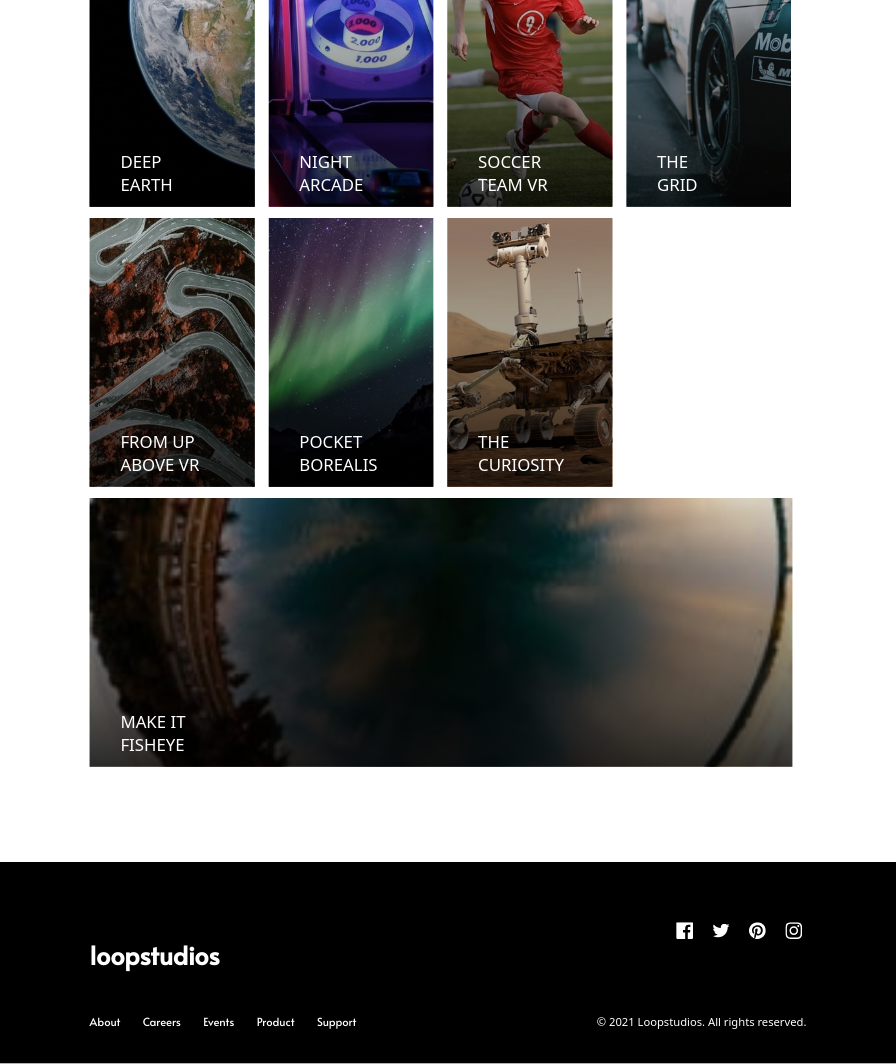
Repository: CAMPSLOPY/StudioLoopApp
Page: index.html
The author's editor kept a copy of each file at every save. The page is drawn from the files as they stood at one save, then again after a run of saves.
The browser window is 1280 px wide. The pictures show the part of the page from y = 1608 to 3528 px (the page is 3128 px tall before and 3528 px after), at 70% of full size.
Some web fonts or font styles are not loaded; a fallback is used. Some web libraries are served in a nearby version.

Above is the page before, as saved 2021-02-26 03:02:57.

### index.html
<!DOCTYPE html>
<html lang="en">
  <head>
    <title>LoopStudios</title>
    <meta charset="UTF-8" />
    <meta name="viewport" content="width=device-width, initial-scale=1.0" />
    <meta http-equiv="X-UA-Compatible" content="ie=edge" />
    <meta
      name="description"
      content="Building my Loop studio App with Tailwind Css"
    />
    <meta name="robots" content="index,follow" />
    <!-- font awesome -->
    <link
      rel="stylesheet"
      href="https://cdnjs.cloudflare.com/ajax/libs/font-awesome/5.11.2/css/all.min.css"
      integrity="sha256-+N4/V/SbAFiW1MPBCXnfnP9QSN3+Keu+NlB+0ev/YKQ="
      crossorigin="anonymous"
    />
    <link
      rel="icon"
      type="image/png"
      sizes="32x32"
      href="favicon-32x32.png"
    />
    <!-- TAILWIND CSS CDN -->
    <link href="https://unpkg.com/tailwindcss@^2/dist/tailwind.min.css" rel="stylesheet">

    <!-- animate on scroll -->
    <link rel="stylesheet" href="https://unpkg.com/aos@next/dist/aos.css" />

    <!-- STYLESHEET -->
    <link rel="stylesheet" href="main.css"/>
  </head>
  <body>
    <div class="overflow-hidden">
      <!--the whole wrapper-->

      <header
        class="relative bg-no-repeat bg-cover bg-center min-h-screen w-full md:min-h-6/3 lg:min-h-6 header-image"
      >
        <nav
          class="flex text-gray-50 items-center justify-between w-4/5 m-auto pt-8"
        >
          <h1 class="font-extralight text-4xl font-concert md:text-6xl">
            <a href="">loopstudios</a>
          </h1>
          <button id="burger" class="md:hidden">
            <i class="fas fa-bars text-4xl"></i>
          </button>
          <ul class="hidden md:flex">
            <li class="px-1.5 nav-item">
              <a class="nav-link" href="#About"> About</a>
            </li>
            <li class="px-1.5 nav-item">
              <a class="nav-link" href="#Career">Careers</a>
            </li>
            <li class="px-1.5 nav-item">
              <a class="nav-link" href="#Event">Events</a>
            </li>
            <li class="px-1.5 nav-item">
              <a class="nav-link" href="#Product">Products</a>
            </li>
            <li class="px-1.5 nav-item">
              <a class="nav-link" href="#Support">Support</a>
            </li>
          </ul>
        </nav>

        <p
          class="font-normal md:font-thin tracking-widest absolute top-64 left-11 md:left-32 md:top-36 text-white text-3xl md:text-6xl border-2 pr-10 md:pr-56 py-11 pl-6"
        >
          IMMERSIVE<br />
          EXPERIENCES <br />
          THAT DELIVER
        </p>
      </header>
      <!--modal -->
      <div
        id="modal-body"
        class="modal-body hidden fixed flex w-full h-full top-0 left-0 z-50 bg-black text-white flex-col"
      >
        <div class="modal-logo flex justify-between w-4/5 m-auto">
          <h1 class="text-4xl">
            <a href="">loopstudios</a>
          </h1>
          <button class="toggle relative" id="toggle">
            <i class="fas fa-times text-3xl p-4"></i>
          </button>
        </div>

        <ul class="flex flex-col w-4/5 m-auto modal-links uppercase font-light">
          <li class="my-4">
            <a class="text-3xl links" href="#About"> About</a>
          </li>
          <li class="my-4">
            <a class="text-3xl links" href="#Careers">Careers</a>
          </li>
          <li class="my-4">
            <a class="text-3xl links" href="#Event">Events</a>
          </li>
          <li class="my-4">
            <a class="text-3xl links" href="#Products">Products</a>
          </li>
          <li class="my-4">
            <a class="text-3xl links" href="#Support">Support</a>
          </li>
        </ul>
      </div>
      <!--modal end-->
      <section
        id="About"
        class="relative hero-section w-full min-h-screen md:bg-white md:w-4/5 m-auto block md:flex md:min-h-90 text-white justify-center items-center"
      >
        <div class="w-11/12 m-auto pt-24 md:pt-12" data-aos="fade-right">
          <img
            class="w-full h-full object-cover"
            src="/images/desktop/image-interactive.jpg"
            alt="a man with a Vr Device "
          />
        </div>

        <div
          data-aos="fade-left"
          class="w-full -bottom-24 right-32 px-10 relative z-0 md:z-10 bg-white text-gray-900 block md:flex md:justify-center md:items-center md:flex-col pb-20 md:p-4"
        >
          <div class="w-full m-auto relative -right-32 md:right-0 md:-left-20">
            <h1
              data-aos="fade-up"
              data-aos-delay="800"
              data-aos-duration="1000"
              class="text-4xl tracking-widest text-center md:ml-10"
            >
              THE LEADER IN <br />
              INTERACTIVE VR
            </h1>
          </div>
          <div
            class="my-4 w-full -px-2 left-32 w-4/6 md:w-full text-center md:text-left md:left-11 relative md:-right-10 md:px-8 md:py-4"
          >
            <span
              class="relative right-0 md:right-11 text-left tracking-widest md:tracking-normal text-sm md:relative leading-loose text-gray-400"
            >
              Founded in 2011, Loopstudios has been producing world-class <br />
              virtual reality projects for some of the best companies around the
              <br />
              globe. Our award-winning creations have transformed <br />
              businesses through digital experiences that bind to their brand.
            </span>
          </div>
        </div>
      </section>

      <section class="creation relative">
        <div
          id="Event"
          class="creation-body-content min-h-screen pb-20 flex flex-col w-4/5 m-auto md:w-4/5 md:m-auto relative"
        >
          <div
            class="creation-text flex md:text-center md:justify-between my-5"
          >
            <h1 class="font-josefin relative left-0 md:left-0 text-4xl">
              OUR CREATIONS
            </h1>
            <button
              class="text-2xl absolute bottom-2 right-14 text-small font-alata tracking-widest py-2 md:py-0 md:text-small md:relative md:-left-6 md:bottom-0 border border-gray-900 px-11 tracking-widest hover:bg-black hover:text-white"
            >
              SEE ALL
            </button>
          </div>

          <div
            id="Career"
            class="creation-images flex flex-col flex-wrap md:flex-row cursor-pointer"
          >
            <div
              data-aos="fade-right"
              id="card-box"
              class="relative bg-no-repeat bg-cover bg-center earth mr-5 mb-4 card h-38 w-full md:h-96 md:w-better card-box"
            >
              <img
                src="/images/mobile/image-deep-earth.jpg"
                alt="a picture of the earth"
                class="object-cover w-full h-full block md:hidden"
              />

              <p
                class="absolute bottom-4 left-11 text-white text-2xl font-josefin card-box-p"
              >
                DEEP <br />
                EARTH
              </p>
            </div>
            <div
              data-aos="fade-up"
              id="card-box"
              class="card-box relative bg-no-repeat bg-cover bg-center card mr-5 mb-4 arcade h-32 w-full md:h-96 md:w-better"
            >
              <img
                src="/images/mobile/image-night-arcade.jpg"
                alt="a picture of a cassette tape"
                class="object-cover w-full h-full block md:hidden"
              />
              <p
                class="absolute bottom-4 left-11 text-white text-2xl font-josefin card-box-p"
              >
                NIGHT <br />
                ARCADE
              </p>
            </div>
            <div
              data-aos="fade-down"
              id="card-box"
              class="card-box relative h-38 w-full card mr-5 mb-4 vr md:h-96 bg-no-repeat bg-cover bg-center md:w-better"
            >
              <img
                src="/images/mobile/image-soccer-team.jpg"
                alt="a picture of a football player"
                class="object-cover w-full h-full block md:hidden"
              />
              <p
                class="absolute bottom-4 left-11 text-white text-2xl font-josefin card-box-p"
              >
                SOCCER <br />
                TEAM VR
              </p>
            </div>
            <div
              data-aos="fade-left"
              id="card-box"
              class="card-box relative h-38 w-full mr-5 mb-4 card gridd md:h-96 bg-no-repeat bg-cover bg-center md:w-better"
            >
              <img
                src="/images/mobile/image-grid.jpg"
                alt="a picture of a sport car"
                class="object-cover w-full h-full block md:hidden"
              />

              <p
                class="absolute bottom-4 left-11 text-white text-2xl font-josefin card-box-p"
              >
                THE <br />
                GRID
              </p>
            </div>
            <div
              data-aos="fade-right"
              id="card-box"
              class="card-box relative mr-5 mb-4 h-38 w-full card above-vr md:h-96 bg-no-repeat bg-cover bg-center md:w-better"
            >
              <img
                src="/images/mobile/image-from-above.jpg"
                alt="a picture of a curvy road on the mountains"
                class="object-cover w-full h-full block md:hidden"
              />
              <p
                class="absolute bottom-4 left-11 text-white text-2xl font-josefin card-box-p"
              >
                FROM UP <br />
                ABOVE VR
              </p>
            </div>
            <div
              data-aos="fade-down"
              id="card-box"
              class="card-box relative h-38 w-full mr-5 mb-4 card borealis md:h-96 bg-no-repeat bg-cover bg-center md:w-better"
            >
              <img
                src="/images/mobile/image-pocket-borealis.jpg"
                alt="picture of the moon, star and a mountain"
                class="object-cover w-full h-full block md:hidden"
              />
              <p
                class="absolute bottom-4 left-11 text-white text-2xl font-josefin card-box-p"
              >
                POCKET <br />
                BOREALIS
              </p>
            </div>
            <div
              data-aos="fade-up"
              id="card-box"
              class="card-box relative mr-5 mb-4 h-38 w-full card curiosity md:h-96 bg-no-repeat bg-cover bg-center md:w-better"
            >
              <img
                src="/images/mobile/image-curiosity.jpg"
                alt="picture of a network radar"
                class="object-cover w-full h-full block md:hidden"
              />
              <p
                class="absolute bottom-4 left-11 text-white text-2xl font-josefin card-box-p"
              >
                THE <br />
                CURIOSITY
              </p>
            </div>
            <div
              data-aos="fade-left"
              id="card-box"
              class="md:card-box relative mr-5 mb-4 h-38 w-full card fisheye md:h-96 bg-no-repeat bg-cover bg-center md:w-better"
            >
              <img
                src="/images/mobile/image-curiosity.jpg"
                alt="picture of a network radar"
                class="object-cover w-full h-full block md:hidden"
              />
              <p
                class="absolute bottom-4 left-11 text-white text-2xl font-josefin card-box-p"
              >
                MAKE IT <br />
                FISHEYE
              </p>
            </div>
          </div>
        </div>
      </section>

      <footer
        id="Support"
        class="min-h-60 md:min-h-60 bg-black text-white mt-10 relative"
      >
        <div
          class="footer-body w-full flex flex-col relative -bottom-52 md:-bottom-40"
        >
          <div
            class="footer-logo w-4/5 m-auto md:pb-8 flex md:flex-row flex-col justify-between relative"
          >
            <h3 class="my-8 pt-16 text-center md:text-left font-bold text-4xl">
              loopstudios
            </h3>
            <ul
              class="footer-socials flex justify-center items-center relative -bottom-52 md:bottom-0"
            >
              <li class="px-1.5 footer-item">
                <a class="footer-link" href=""
                  ><img
                    class="pb-1"
                    src="./images/icon-facebook.svg"
                    alt="facebook official logo"
                /></a>
              </li>
              <li class="px-1.5 footer-item">
                <a class="footer-link" href=""
                  ><img
                    class="pb-1"
                    src="./images/icon-twitter.svg"
                    alt="twitter logo"
                /></a>
              </li>
              <li class="px-1.5 footer-item">
                <a class="footer-link" href=""
                  ><img
                    class="pb-1"
                    src="./images/icon-pinterest.svg"
                    alt="pinterest logo"
                /></a>
              </li>
              <li class="px-1.5 footer-item">
                <a class="footer-link" href=""
                  ><img
                    class="pb-1"
                    src="./images/icon-instagram.svg"
                    alt="instagram logo"
                /></a>
              </li>
            </ul>
          </div>
          <div
            class="relative w-4/5 m-auto flex flex-col md:flex-row md:justify-between"
          >
            <ul
              class="relative bottom-11 md:bottom-8 flex flex-col md:flex-row items-center md:justify-around my-2 md:m-0"
            >
              <li class="py-2 relative left-28 md:-left-4 footer-item md:pr-4">
                <a class="pb-1 footer-link footer-links" href="#about">About</a>
              </li>
              <li class="py-2 relative left-28 md:-left-4 footer-item md:pr-4">
                <a class="pb-1 footer-link footer-links" href="#careers"
                  >Careers</a
                >
              </li>
              <li class="py-2 footer-item left-28 relative md:-left-4 md:pr-4">
                <a class="pb-1 footer-link footer-links" href="#events"
                  >Events</a
                >
              </li>
              <li class="py-2 footer-item left-28 relative md:-left-4 md:pr-4">
                <a class="pb-1 footer-link footer-links" href="#products"
                  >Product</a
                >
              </li>
              <li class="py-2 footer-item left-28 relative md:-left-4 md:pr-4">
                <a class="pb-1 footer-link footer-links" href="#support"
                  >Support</a
                >
              </li>
            </ul>
            <span class="pb-16">
              <p class="text-gray-600 md:text-white">
                © 2021 Loopstudios. All rights reserved.
              </p></span
            >
          </div>

          <div
            class="hidden attribution absolute pb-4 -bottom-16 left-60 text-gray-600"
          >
            <a>Challenge by</a>

            <a
              class="text-blue-300"
              href="https://www.frontendmentor.io?ref=challenge"
              target="_blank"
              >Frontend Mentor</a
            >
            Coded by
            <a class="text-blue-300" href="https://github.com/CAMPSLOPY">
              CampSlopy 👨🏾‍🦲</a
            >
          </div>
        </div>
      </footer>
    </div>
    <!-- animate On scroll script -->
    <script src="https://unpkg.com/aos@next/dist/aos.js"></script>
    <!-- workflow script -->
    <script src="app.js"></script>
  </body>
</html>

### main.css
@import url("https://fonts.googleapis.com/css2?family=Alata&family=Josefin+Sans:ital,wght@0,200;1,400&display=swap");
@import url("https://fonts.googleapis.com/css2?family=Concert+One&display=swap");

html {
  scroll-behavior: smooth;
}
.header-image {
  background-image: linear-gradient(to top, rgba(0, 0, 0, 0.8), transparent),
    url(./images/desktop/image-hero.jpg);
}

.earth {
  background-image: linear-gradient(to top, rgba(0, 0, 0, 0.8), transparent),
    url(./images/desktop/image-deep-earth.jpg);
}

.arcade {
  background-image: linear-gradient(to top, rgba(0, 0, 0, 0.8), transparent),
    url(./images/desktop/image-night-arcade.jpg);
}
.vr {
  background-image: linear-gradient(to top, rgba(0, 0, 0, 0.8), transparent),
    url(./images/desktop/image-soccer-team.jpg);
}

.gridd {
  background-image: linear-gradient(to top, rgba(0, 0, 0, 0.8), transparent),
    url(./images/desktop/image-grid.jpg);
}

.above-vr {
  background-image: linear-gradient(to top, rgba(0, 0, 0, 0.8), transparent),
    url(./images/desktop/image-from-above.jpg);
}

.borealis {
  background-image: linear-gradient(to top, rgba(0, 0, 0, 0.8), transparent),
    url(./images/desktop/image-pocket-borealis.jpg);
}

.curiosity {
  background-image: linear-gradient(to top, rgba(0, 0, 0, 0.8), transparent),
    url(./images/desktop/image-curiosity.jpg);
}
.fisheye {
  background-image: linear-gradient(to top, rgba(0, 0, 0, 0.8), transparent),
    url(./images/desktop/image-fisheye.jpg);
}

.menu:hover {
  border-bottom: 1px solid #0000;
}

.footer-body {
  transform: translate(-50%, -50%);
  top: 50%;
  left: 50%;
}

body {
  overflow-x: hidden;
}

#card-box::before {
  content: "";
  position: absolute;
  top: 0;
  left: 0;
  display: block;
  width: 100%;
  height: 100%;
  background: rgba(255, 255, 255, 0.6);
  z-index: 2;
  transition: 0.5s;
  opacity: 0;
}

#card-box:hover:before {
  opacity: 1;
}

#card-box:hover .card-box-p {
  color: black;
  z-index: 3;
}

.toggle {
  top: -20px;
  right: -15px;
}

.toggle .fa-times {
  font-size: 2.7rem;
}

/* desktop styling for the nav links */
.nav-item {
  list-style: none;
  font-size: 1rem;
  margin-bottom: 1rem;
  margin: 0 auto;
  margin-left: 1.5rem;
}

.nav-link {
  position: relative;
  color: #fff;
  text-decoration: none;
  font-family: "Alata", sans-serif;
}

.nav-link::after {
  content: "";
  position: absolute;
  top: 2rem;
  background-color: #fff;
  height: 0.2rem;
  width: 0%;
  opacity: 0;
  transition: all 0.5s ease-in-out;
}

.nav-link::before {
  content: "";
  position: absolute;
  top: 2rem;
  background-color: #fff;
  height: 0.2rem;
  width: 0%;
  opacity: 0;
  transition: all 0.5s ease-in-out;
}

.nav-link::before {
  right: 32%;
}

.nav-link::after {
  left: 32%;
}

.nav-link:hover::after,
.nav-link:hover::before {
  width: 0.8rem;
  opacity: 1;
}

/* FOOTER*/

.footer-link::after {
  left: 20%;
}
.footer-link::before {
  right: 20%;
}

.footer-links::after {
  left: 40%;
}
.footer-links::before {
  right: 40%;
}

.footer-link::before {
  content: "";
  position: absolute;
  top: 2rem;
  background-color: #fff;
  height: 0.2rem;
  width: 0%;
  opacity: 0;
  transition: all 0.5s ease-in-out;
}

.footer-link::after {
  content: "";
  position: absolute;
  top: 2rem;
  background-color: #fff;
  height: 0.2rem;
  width: 0%;
  opacity: 0;
  transition: all 0.5s ease-in-out;
}

.footer-link {
  position: relative;
  color: #fff;
  text-decoration: none;
  font-family: "Alata", sans-serif;
}

.footer-item {
  list-style: none;
  font-size: 1rem;
  margin-bottom: 1rem;
  margin: 0 auto;
  margin-left: 1rem;
  text-align: center;
}
.footer-link:hover::after,
.footer-link:hover::before {
  width: 0.8rem;
  opacity: 1;
}

.footer-logo h3 {
  font-family: "Alata", sans-serif;
}


/* Card-box */

.card-box{
    width: 23%;
}

### app.js
const burger = document.getElementById("burger");
const togglebtn = document.getElementById("toggle");
const modal = document.getElementById("modal-body");
const links = document.querySelectorAll(".links");

burger.addEventListener("click", () => {
  modal.style.display = "flex";
});

togglebtn.addEventListener("click", () => {
  modal.style.display = "none";
});
links.forEach((link) => {
  link.addEventListener("click", () => {
    modal.style.display = "none";
  });
});

AOS.init({
  // offset: 120,
  delay: 400,
  duration: 1000,
  once: true,
});

After the next 2 saves:
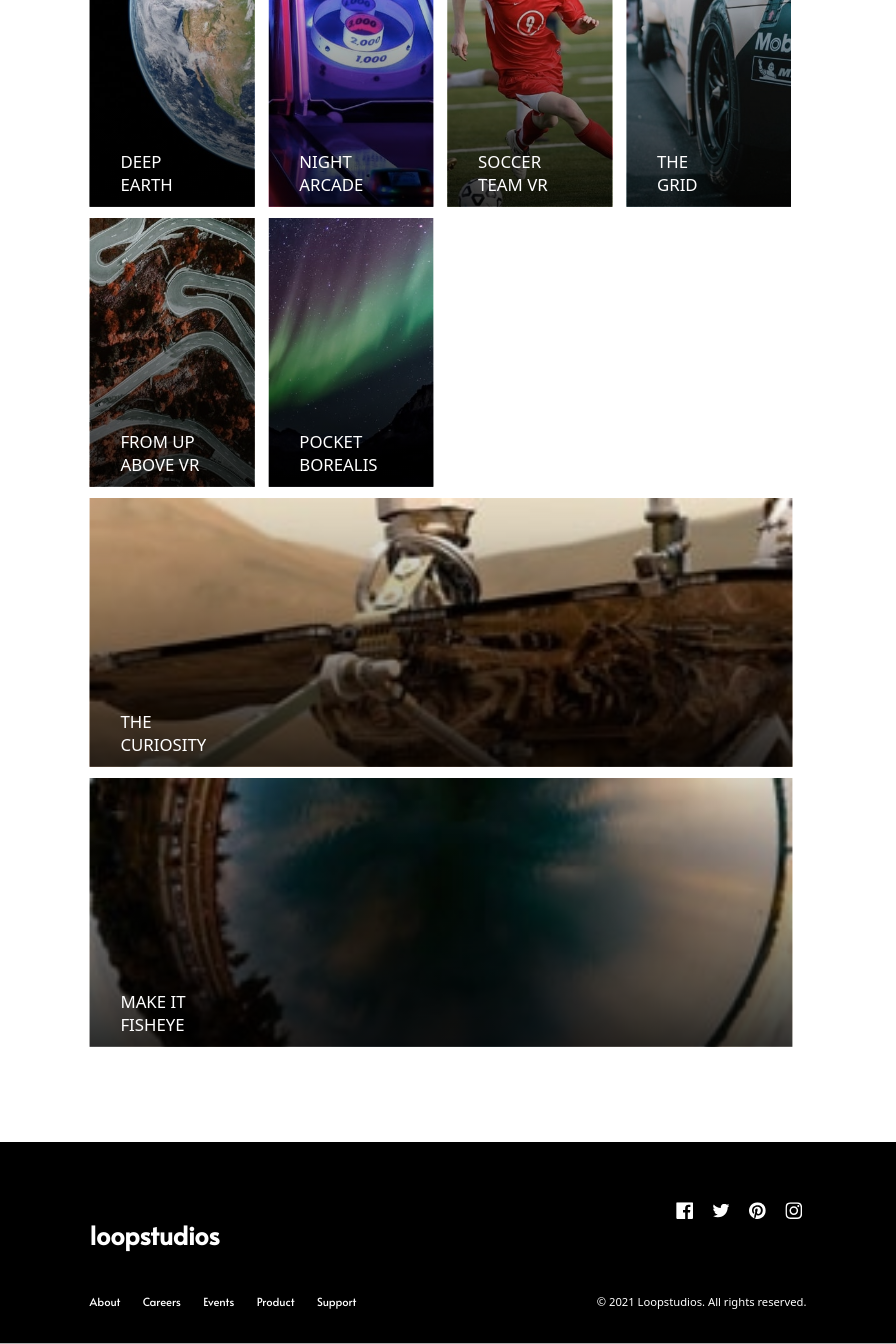
The 2 saves are shown as one change because they came seconds apart.
The last was saved 20 s later.
--- a/index.html
+++ b/index.html
@@ -280,7 +280,7 @@
             <div
               data-aos="fade-up"
               id="card-box"
-              class="card-box relative mr-5 mb-4 h-38 w-full card curiosity md:h-96 bg-no-repeat bg-cover bg-center md:w-better"
+              class="md:card-box relative mr-5 mb-4 h-38 w-full card curiosity md:h-96 bg-no-repeat bg-cover bg-center md:w-better"
             >
               <img
                 src="/images/mobile/image-curiosity.jpg"
